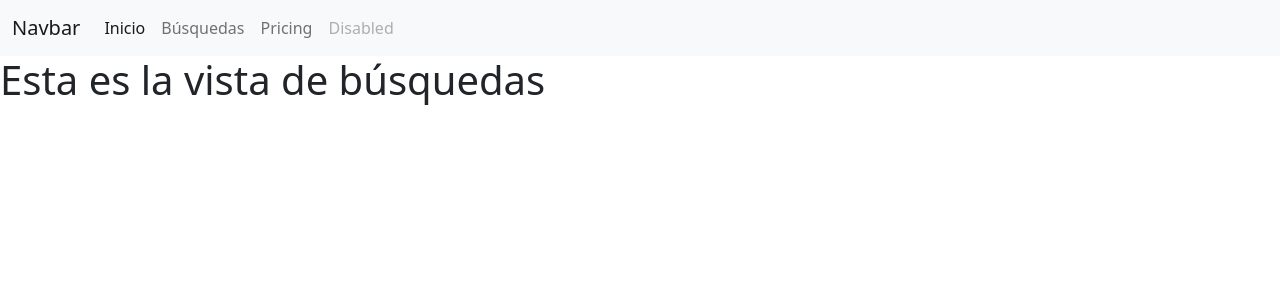
Repository: jose-269/32bits-4
Page: /busquedas
The author's editor kept a copy of each file at every save. The page is drawn from the files as they stood at one save, then again after the next save.
The browser window is 1280 px wide. The pictures show the whole page.
The project was rebuilt for these pictures with package versions that can differ from the ones it lists, and the page was loaded fresh each time. Also part of the build but not shown: src/views/Home.vue.

Above is the page before, as saved 2021-04-27 23:52:59.

After the next save:
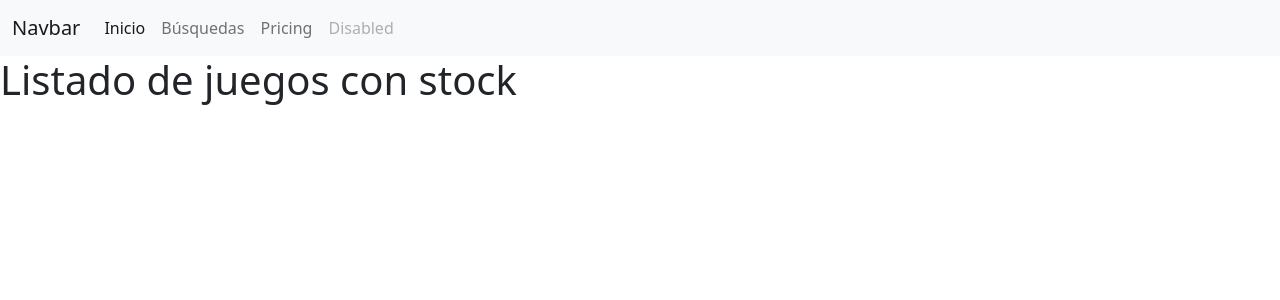
Saved 4 min 33 s later.
--- a/src/views/Busquedas.vue
+++ b/src/views/Busquedas.vue
@@ -1,5 +1,5 @@
 <template>
-  <h1>Esta es la vista de búsquedas</h1>
+  <h1>Listado de juegos con stock</h1>
 </template>
 <script>
 export default {
